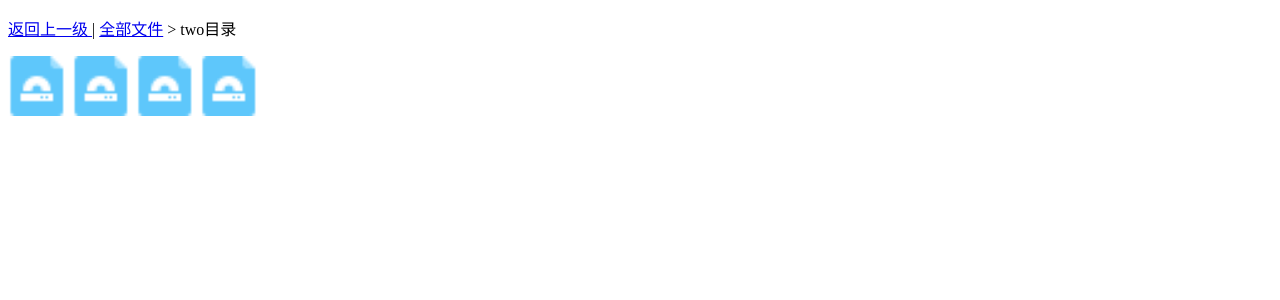
Repository: fixbb/workspace
Page: 005百度云盘项目/two/two.html
These files come from the project's save history. The page is drawn as it stood at one moment and after the next save; the edit follows.
The browser window is 1280 px wide. The pictures show the whole page.

Above is the page before, as saved 2021-08-23 15:46:20.

After the next save:
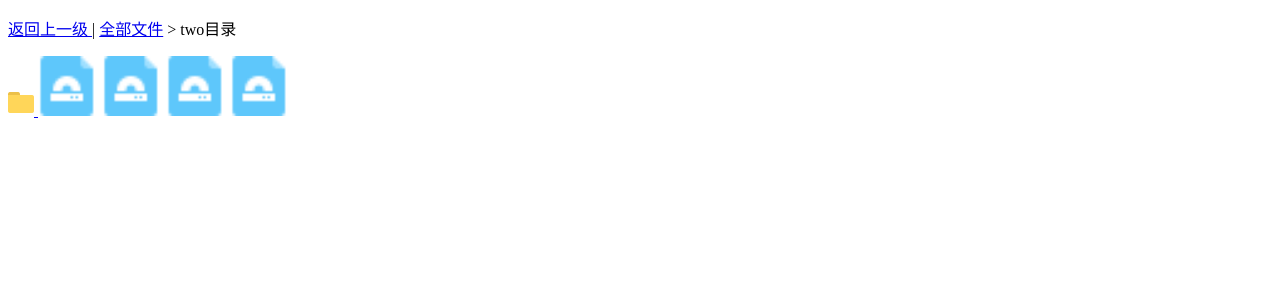
Saved 2 min 5 s later.
--- a/005百度云盘项目/two/two.html
+++ b/005百度云盘项目/two/two.html
@@ -1,11 +1,13 @@
 <!DOCTYPE html>
 <html lang="en">
+
 <head>
     <meta charset="UTF-8">
     <meta http-equiv="X-UA-Compatible" content="IE=edge">
     <meta name="viewport" content="width=device-width, initial-scale=1.0">
     <title>一级目录</title>
 </head>
+
 <body>
     <p>
         <a href="../demo.html">
@@ -17,10 +19,15 @@
         two目录
     </p>
     <p>
+        <a href="../two/three/three.html">
+            <img src="../imgs/file.png" title="进入二级目录">
+        </a>
         <img src="../imgs/sp.png" width="60px">
         <img src="../imgs/sp.png" width="60px">
         <img src="../imgs/sp.png" width="60px">
         <img src="../imgs/sp.png" width="60px">
+
     </p>
 </body>
+
 </html>
